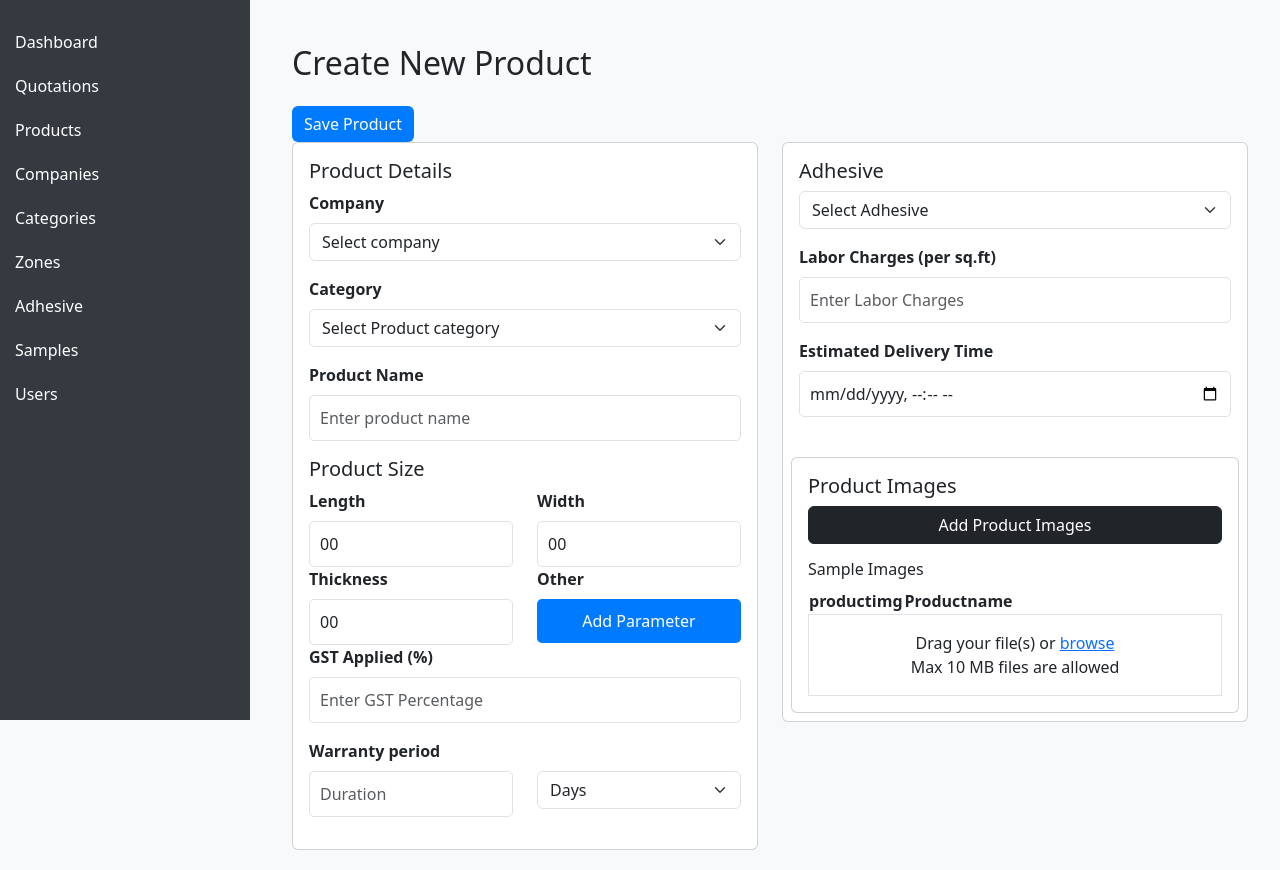
Repository: aniket-t-47/LivedDream
Page: http://localhost/products
An editor plug-in stored every save of this project. The page is shown before and after a run of saves, followed by the edit.
The browser window is 1280 px wide. The pictures show the whole page.
The page is served by the project's Laravel application, run on PHP 8.4 with Laravel 10. A made-up administrator, Test User (test@example.com), is signed in. Other server files are loaded and not shown. Queries for data that is not in the repository find no rows.

Above is the page before, as saved 2025-03-21 12:58:25.

### liveddream/routes/web.php
<?php

use App\Http\Controllers\ProfileController;
use App\Http\Controllers\ProductController;
use App\Http\Controllers\CompanyController;
use App\Http\Controllers\AdhesiveController;
use Illuminate\Support\Facades\Route;

/*
|--------------------------------------------------------------------------
| Web Routes
|--------------------------------------------------------------------------
|
| Here is where you can register web routes for your application. These
| routes are loaded by the RouteServiceProvider and all of them will
| be assigned to the "web" middleware group. Make something great!
|
*/

Route::get('/', function () {
    return view('welcome');
});

// Route::get('/dashboard', function () {
//     return view('dashboard');
// })->middleware(['auth', 'verified'])->name('dashboard');
Route::get('/products', [ProductController::class, 'create'])->name('product.create')->middleware(['auth', 'verified']);


Route::middleware('auth')->group(function () {
    Route::get('/profile', [ProfileController::class, 'edit'])->name('profile.edit');
    Route::patch('/profile', [ProfileController::class, 'update'])->name('profile.update');
    Route::delete('/profile', [ProfileController::class, 'destroy'])->name('profile.destroy');
    Route::get('/companies', [CompanyController::class, 'create'])->name('companies.create');
    Route::post('/companies', [CompanyController::class, 'store'])->name('companies.store');
    Route::get('/adhesive', [AdhesiveController::class, 'create'])->name('adhesive.create');
    Route::post('/adhesive', [AdhesiveController::class, 'store'])->name('adhesive.store');
Route::post('/products', [ProductController::class, 'store'])->name('products.store');

    // Route::resource('companies', CompanyController::class);

});

require __DIR__.'/auth.php';

### liveddream/app/Models/Company.php
<?php

namespace App\Models;

use Illuminate\Database\Eloquent\Factories\HasFactory;
use Illuminate\Database\Eloquent\Model;

class Company extends Model
{
    use HasFactory;
    protected $fillable = [
        'name', 'type', 'relation', 'product_category', 'zone',
        'address', 'gst', 'city', 'pincode','user_id'
    ];
    public function godowns()
    {
        return $this->hasMany(CompanyGodownDetail::class);
    }
}

### liveddream/app/Models/Category.php
<?php

namespace App\Models;

use Illuminate\Database\Eloquent\Factories\HasFactory;
use Illuminate\Database\Eloquent\Model;

class Category extends Model
{
    use HasFactory;
    protected $fillable = [
        'name',
        'user_id'];
}

### liveddream/app/Models/Adhesive.php
<?php

namespace App\Models;

use Illuminate\Database\Eloquent\Factories\HasFactory;
use Illuminate\Database\Eloquent\Model;

class Adhesive extends Model
{
    use HasFactory;
    protected $fillable = [
        'name',
        'company_id',
        'quantity',
        'purchase_cost',
        'selling_price',
        'user_id'
    ];
}

### liveddream/resources/views/products/create.blade.php
@extends('layouts.app')
@section('content')
    <div class="content">
        <h2 class="mb-4">Create New Product</h2>

        <form action="{{ route('products.store') }}" method="POST" enctype="multipart/form-data">
            @csrf
            <button class="btn btn-primary"type="submit" id="product">Save Product</button>
            <div class="row">
                <div class="col-md-6">

                    <div class="card">
                        <div class="m-3">
                            <h5>Product Details</h5>
                            <div class="mb-3">
                                <label class="form-label">Company</label>
                                <select name="company_id" class="form-select">
                                    <option>Select company</option>
                                    @foreach ($companies as $company)
                                        <option value="{{ $company->id }}">{{ $company->name }}</option>
                                    @endforeach

                                </select>
                            </div>
                            <div class="mb-3">
                                <label class="form-label">Category</label>
                                <select name="category_id" class="form-select">
                                    <option>Select Product category</option>
                                    @foreach ($categories as $category)
                                        <option value="{{ $category->id }}">{{ $category->name }}</option>
                                    @endforeach
                                </select>
                            </div>
                            <div class="mb-3">
                                <label class="form-label">Product Name</label>
                                <input type="text" name="name" class="form-control" placeholder="Enter product name">
                            </div>
                            <h5>Product Size</h5>
                            <div class="row" id="size-container">
                                <div class="col-md-6">
                                    <label class="form-label">Length</label>
                                    <input type="number" name="length[]" class="form-control" value="00">
                                </div>
                                <div class="col-md-6">
                                    <label class="form-label">Width</label>
                                    <input type="number" name="width[]" class="form-control" value="00">
                                </div>
                            </div>
                            <div class="row">
                                <div class="col-md-6">
                                    <label class="form-label">Thickness</label>
                                    <input type="number" name="thickness[]" class="form-control" value="00">
                                </div>
                                <div class="col-md-6">
                                    <label for="" class="form-label">Other</label>
                                    <button type="button" class="btn btn-primary form-control" id="add-size">Add Parameter</button>
                                </div>
                            </div>

                            <div class="mb-3">
                                <label class="form-label">GST Applied (%)</label>
                                <input type="text" name="gst" class="form-control"
                                    placeholder="Enter GST Percentage">
                            </div>
                            <div class="mb-3">
                                <label class="form-label">Warranty period</label>
                                <div class="row">
                                    <div class="col-md-6">
                                        <input type="number" name="warranty_duration" class="form-control" placeholder="Duration" required>
                                    </div>
                                    <div class="col-md-6">
                                        <select name="warranty_type" class="form-select" required>
                                            <option value="days">Days</option>
                                            <option value="months">Months</option>
                                            <option value="years">Years</option>
                                        </select>
                                    </div>




                                </div>

                            </div>
                            <!-- <button class="btn btn-primary">Save Product</button> -->
                        </div>
                    </div>
                </div>
                <div class="col-md-6">
                    <div class="card">
                        <div class="m-3">
                            <h5>Adhesive</h5>
                            <select name="adhesive_id" class="form-select mb-3">
                                <option>Select Adhesive</option>
                                @foreach ($adhesives as $adhesive)
                                    <option value="{{ $adhesive->id }}">{{ $adhesive->name }}</option>
                                @endforeach
                            </select>
                            <div class="mb-3">
                                <label class="form-label">Labor Charges (per sq.ft)</label>
                                <input type="text" name="labor_charges" class="form-control"
                                    placeholder="Enter Labor Charges">
                            </div>
                            <div class="mb-3">
                                <label class="form-label">Estimated Delivery Time</label>
                                <input type="datetime-local" name="estimated_delivery_time" class="form-control"
                                    placeholder="Enter estimated delivery time">
                            </div>
                            {{-- <button class="btn btn-primary">Save</button> --}}
                        </div>
                        <div class="card m-2">
                            <div class="m-3">
                                <h5>Product Images</h5>
                                <button class="btn btn-dark w-100 mb-3"  data-bs-toggle="modal" data-bs-target="#addproduct">Add Product Images</button>

                                <div class="modal fade" id="addproduct" tabindex="-1" aria-labelledby="exampleModalLabel" aria-hidden="true">
                                    <div class="modal-dialog">
                                        <div class="modal-content">
                                            <div class="modal-header">
                                                <h1 class="modal-title fs-5" id="exampleModalLabel">Product Details</h1>
                                                <button type="button" class="btn-close" data-bs-dismiss="modal" aria-label="Close"></button>
                                            </div>
                                            <div class="modal-body" >
                                                <form>
                                                    <div style="display:flex;flex-direction:row;gap:5%;width:100% ;">
                                                        <div class="column" >
                                                            <div class="mb-3">
                                                                <label class="form-label">Select Image</label>
                                                                <div class="border p-3 text-center" style="border-style: dashed;">
                                                                    <input type="file" class="form-control" id="productImage" accept="image/*" hidden>
                                                                    <label for="productImage" class="d-block">📤 Drag your file(s) or <a href="#">browse</a></label>
                                                                    <small class="text-muted">Max 10 MB files are allowed</small>
                                                                </div>
                                                            </div>
                                                            <div class="mb-3" >
                                                                <label for="pdfName" class="form-label">PDF Name</label>
                                                                <input type="text" class="form-control" id="pdfName" placeholder="Enter PDF Name">
                                                            </div>
                                                            <div class="mb-3">
                                                                <label for="productCode" class="form-label">Product Code</label>
                                                                <input type="text" class="form-control" id="productCode" placeholder="Enter product code">
                                                            </div>
                                                            <div class="mb-3">
                                                                <label for="productColor" class="form-label">Product Color</label>
                                                                <input type="text" class="form-control" id="productColor" placeholder="Enter Color">
                                                            </div>
                                                        </div>
                                                        <div class="column">
                                                            <div class="row">
                                                                <div class="col-md-6" style="display:flex;flex-direction:column">
                                                                    <label for="purchaseCost" class="form-label">Purchase cost*</label>
                                                                    <input type="number" class="form-control" id="purchaseCost" placeholder="₹ 00" required>
                                                                </div>
                                                                <div class="col-md-6" style="display:flex;flex-direction:column">
                                                                    <label for="sellingPrice" class="form-label">Selling price*</label>
                                                                    <input type="number" class="form-control" id="sellingPrice" placeholder="₹ 00" required>
                                                                </div>
                                                            </div>
                                                            <div class="mb-3">
                                                                <label for="discountPrice" class="form-label">Discount price</label>
                                                                <input type="number" class="form-control" id="discountPrice" placeholder="₹ 00">
                                                            </div>
                                                            <div class="form-check">

                                                                <label class="form-check-label" for="stockAvailable">Stock Available</label>
                                                                <input class="form-check-input" type="checkbox" id="stockAvailable" checked>
                                                            </div>
                                                            <div class="modal-footer">

                                                                    <button type="button" class="btn btn-primary">Save</button>
                                                            </div>
                                                        </div>
                                                    </div>
                                                </form>
                                            </div>
                                            <!-- <div class="modal-footer">

                                                <button type="button" class="btn btn-primary">Save</button>
                                            </div> -->
                                        </div>
                                    </div>
                                </div>

                                <h6>Sample Images</h6>


                                <table>
                                    <th>productimg</th>
                                    <th>Productname</th>
                                </table>
                                <div class="border p-3 text-center" style="border-style: dashed;">
                                    Drag your file(s) or <a href="#">browse</a>
                                    <br>
                                    Max 10 MB files are allowed
                                </div>
                            </div>
                        </div>
                    </div>
                </div>
            </div>

        </form>
    </div>
    <script>
       document.addEventListener("DOMContentLoaded", function () {
    let addButton = document.getElementById("add-size");
    let container = document.getElementById("size-container");

    if (addButton && container) {
        addButton.addEventListener("click", function () {
            let newRow = document.createElement("div");
            newRow.classList.add("row", "mt-2");

            newRow.innerHTML = `
                <div class="col-md-6">
                    <label class="form-label">Parameter Name</label>
                    <input type="text" name="custom_keys[]" class="form-control" placeholder="Enter parameter (e.g., Height)">
                </div>
                <div class="col-md-6">
                    <label class="form-label">Value</label>
                    <input type="number" name="custom_values[]" class="form-control" value="00">
                </div>
            `;

            container.appendChild(newRow);
        });
    } else {
        console.error("Element not found: Ensure 'add-size' button and 'size-container' exist.");
    }
});

        </script>
@endsection

### liveddream/resources/views/layouts/app.blade.php
<!DOCTYPE html>
<html lang="en">
<head>
    <meta charset="UTF-8">
    <meta name="viewport" content="width=device-width, initial-scale=1">
    <title>@yield('title', 'Lived dream')</title>

    <!-- Bootstrap CSS -->
    <link href="https://cdn.jsdelivr.net/npm/bootstrap@5.3.0/dist/css/bootstrap.min.css" rel="stylesheet">
     <!-- <link rel="stylesheet" href="resources/css/product.css"> -->
     <link rel="stylesheet" href="{{ asset('css/product.css') }}">


    <style>
        /* Custom Styles */
        body {
            background-color: #f8f9fa;
        }
        .sidebar {
            width: 250px;
            background: #343a40;
            color: #fff;
            height: 100vh;
            position: fixed;
            top: 0;
            left: 0;
            padding-top: 20px;
        }
        .sidebar a {
            color: #fff;
            text-decoration: none;
            padding: 10px 15px;
            display: block;
        }
        .sidebar a:hover {
            background: #495057;
        }
        .main-content {
            margin-left: 260px;
            padding: 20px;
        }
        .navbar {
            background: #007bff;
        }
    </style>
</head>
<body>

    <!-- Sidebar -->
    <div class="sidebar">
        <a href="#"><i class="fa-solid fa-th"></i> Dashboard</a>
    <a href="#"><i class="fa-light fa-memo"></i> Quotations</a>
    <a href="/products">Products</a>
    <a href="/companies">Companies</a>
    <a href="#">Categories</a>
    <a href="#">Zones</a>
    <a href="/adhesive">Adhesive</a>
    <a href="#">Samples</a>
    <a href="#">Users</a>
    </div>

    <!-- Main Content -->
    <div class="main-content">
        <!-- Navigation Bar -->
        {{-- <nav class="navbar navbar-expand-lg navbar-dark">
            <div class="container-fluid">
                <a class="navbar-brand" href="#">Company Management</a>
            </div>
        </nav> --}}

        <!-- Dynamic Content Section -->
        <div class="container mt-4">
            @yield('content')
        </div>
    </div>

    <!-- Bootstrap JS -->
    <script src="https://cdn.jsdelivr.net/npm/bootstrap@5.3.0/dist/js/bootstrap.bundle.min.js"></script>

</body>
</html>

### liveddream/public/css/product.css
.column{
    width:50%;
    gap:5%;
    height:70%;
}
.modal-content {
    padding: 20px;
    /* border-radius: 10px; */
    border:3px solid rgb(215, 202, 202);
}

.form-check{
    display: flex;
    flex-direction: row;
    justify-content: space-between;

}
.form-label {
    font-weight: bold;
}
.form-control {
    border-radius: 5px;
    padding: 10px;
}
/* .border {
    cursor: pointer;
    background-color: #f8f9fa;
    border-radius: 5px;
} */
.btn-primary {
    background-color: #007bff;
    border: none;

}
.btn-primary:hover {
    background-color: #0056b3;
}
.modal-footer {
    display: flex;
    justify-content: center;
}
.modal-footer button {
    width: 50%;
}

Loaded but not shown: liveddream/routes/auth.php (common file); liveddream/app/Http/Controllers/Auth/EmailVerificationPromptController.php (common file); liveddream/app/Http/Controllers/Controller.php (common file); liveddream/app/Http/Controllers/Auth/VerifyEmailController.php (common file); liveddream/app/Models/User.php (common file); liveddream/app/Http/Controllers/ProductController.php (159 lines, source omitted)

After the next 4 saves:
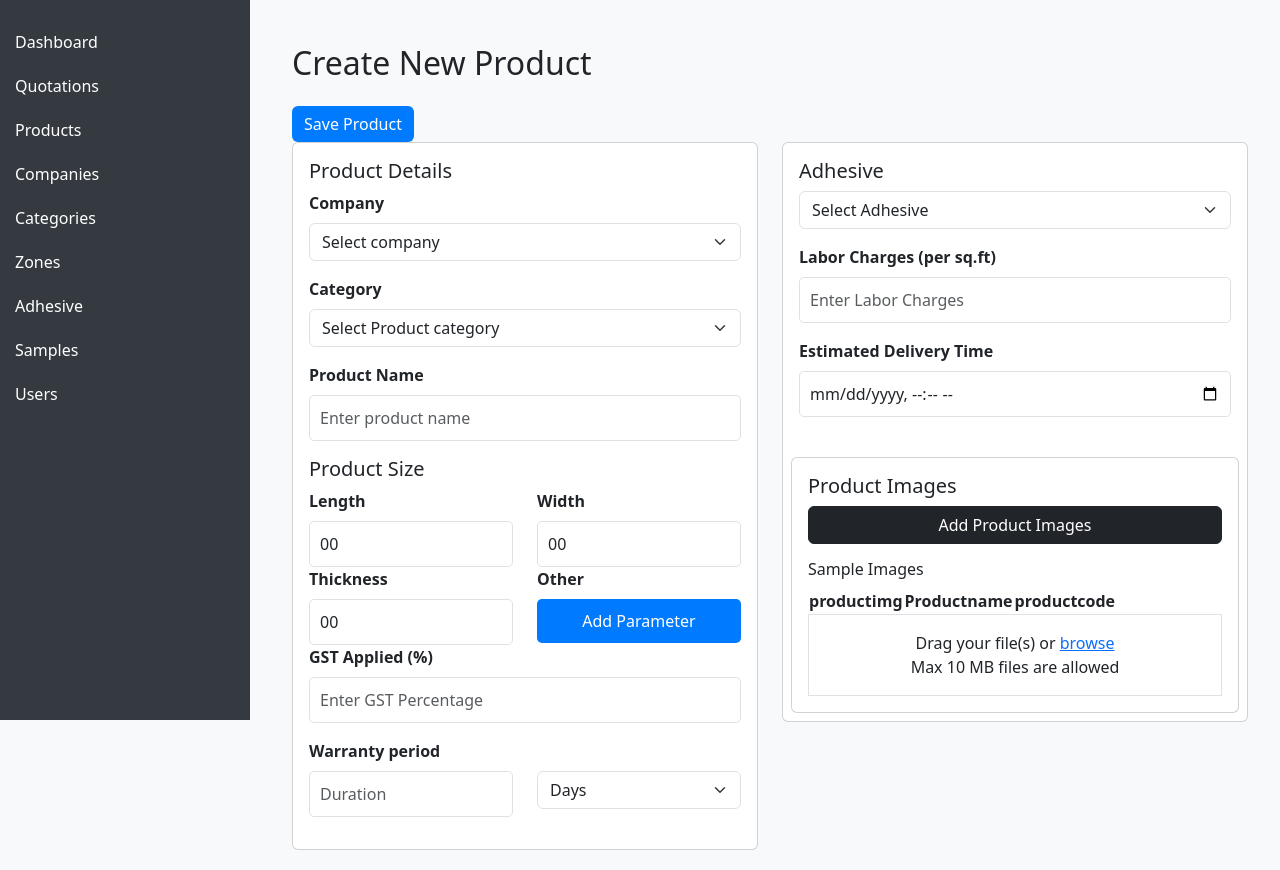
The 4 saves are shown as one change because they came seconds apart.
The last was saved 11 s later.
--- a/liveddream/resources/views/products/create.blade.php
+++ b/liveddream/resources/views/products/create.blade.php
@@ -187,6 +187,7 @@
                                 <table>
                                     <th>productimg</th>
                                     <th>Productname</th>
+                                    <th>productcode</th>
                                 </table>
                                 <div class="border p-3 text-center" style="border-style: dashed;">
                                     Drag your file(s) or <a href="#">browse</a>
